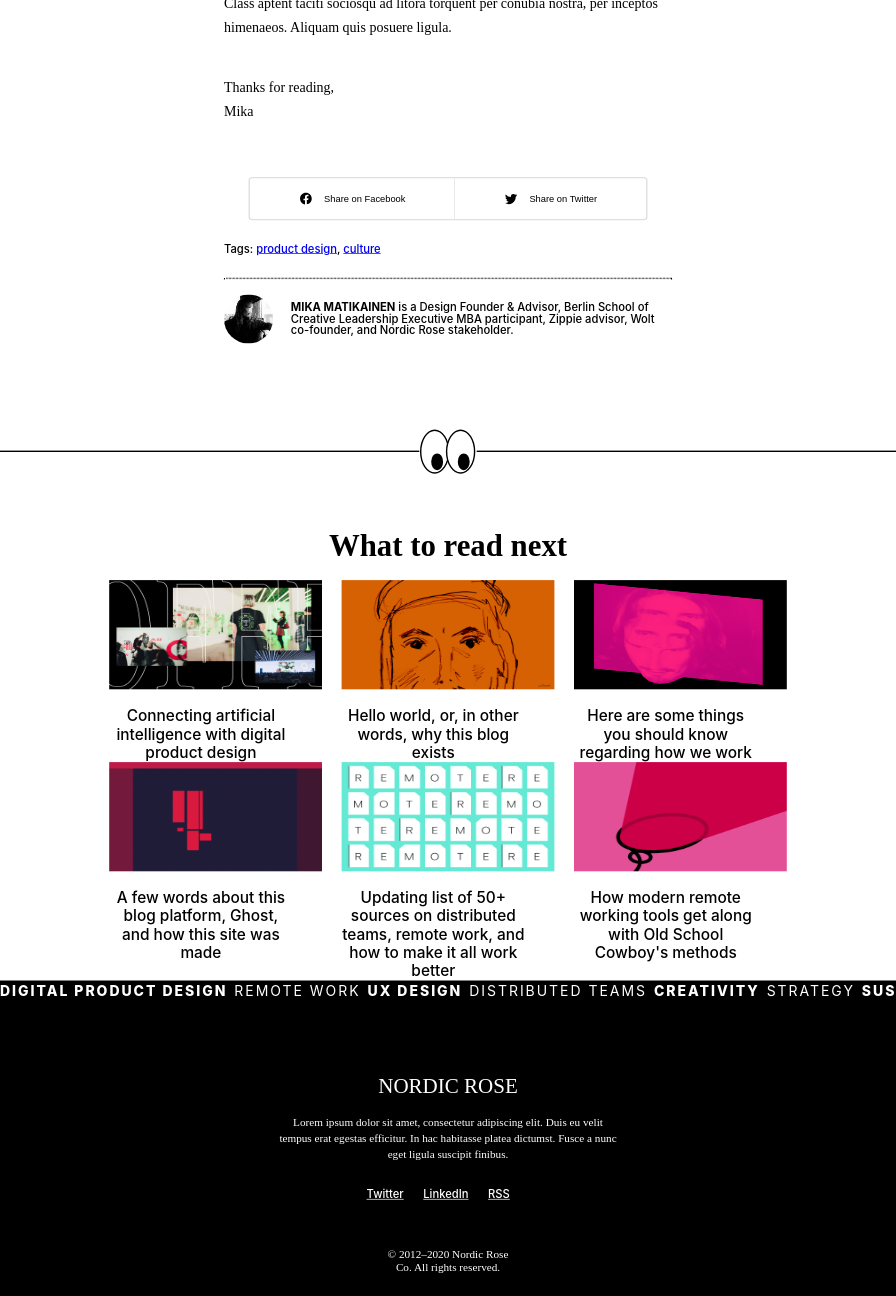
Repository: ThuTrang-jvb/JVB-BT1
Page: Page 3/article.html
The author's editor kept a copy of each file at every save. The page is drawn from the files as they stood at one save, then again after a run of saves.
The browser window is 1280 px wide. The pictures show the part of the page from y = 3324 to 5244 px (the page is 5176 px tall before and 5244 px after), at 70% of full size.

Above is the page before, as saved 2025-06-30 09:50:07.

After the next 2 saves:
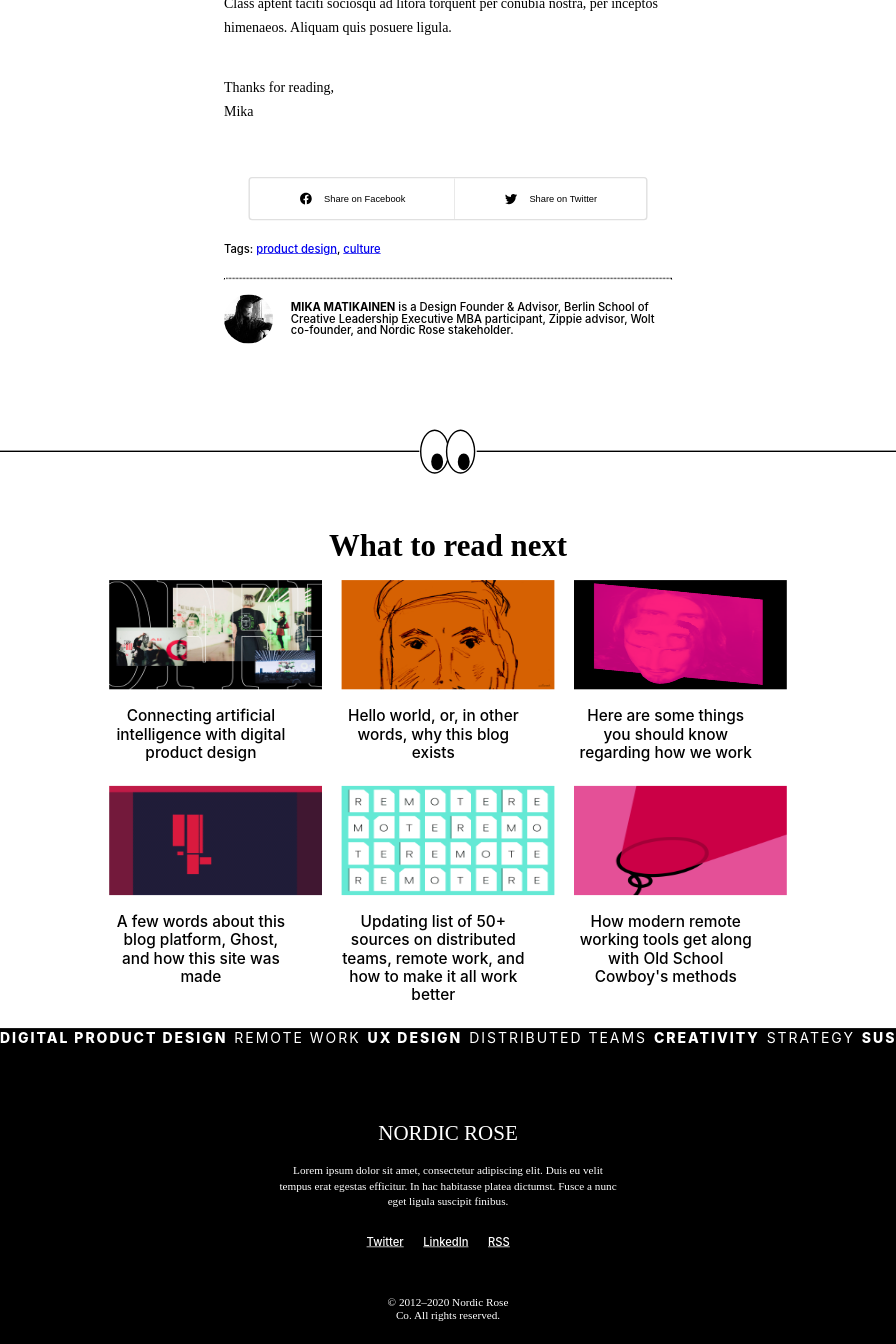
The 2 saves are shown as one change because they came seconds apart.
The last was saved 30 s later.
--- a/Page 3/styleArticle.css
+++ b/Page 3/styleArticle.css
@@ -398,6 +398,7 @@ ul {
     letter-spacing: 0%;
     text-align: center;
     max-width: 262px;
+    padding-bottom: 34px;
 }
 h3 {
     font-family: New York Extra Large;
